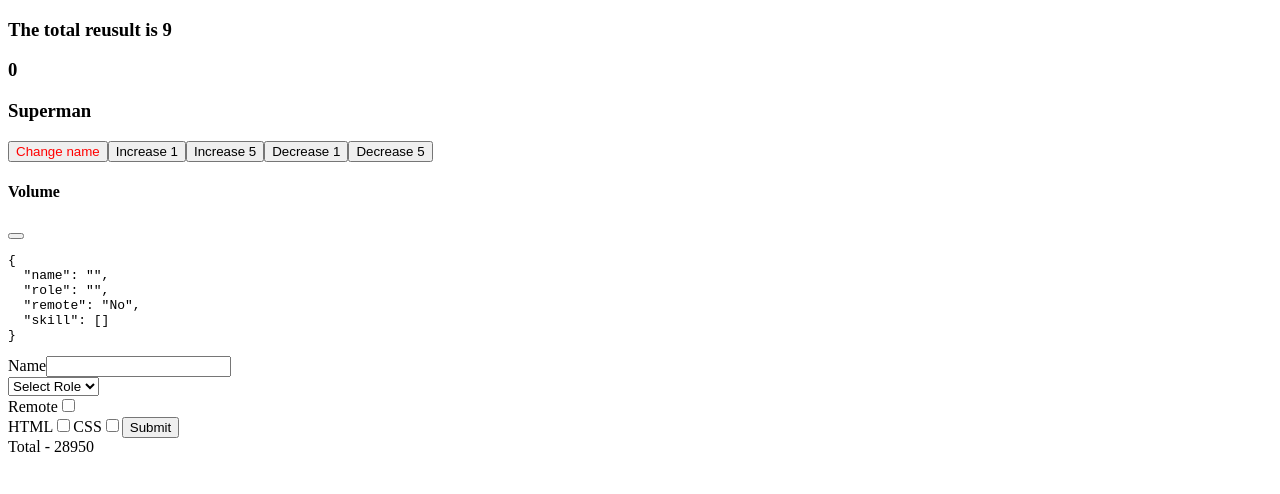
Repository: KZH2001/Vue_Practice
Page: / (app in Tutorial/)
These files come from the project's save history. The page is drawn as it stood at one moment and after the next save; the edit follows.
The browser window is 1280 px wide. The pictures show the whole page.
The project was rebuilt for these pictures with package versions that can differ from the ones it lists, and the page was loaded fresh each time. Also part of the build but not shown: Tutorial/vite.config.js.

Above is the page before, as saved 2026-01-20 22:39:56.

### Tutorial/src/App.vue


  <template>
  <h3>The total reusult is {{ add(2,3,4) }}</h3>
  <h3>{{ number  }}</h3>

  <h3 v-once>{{ name }}</h3>
  <button  v-bind:style="{color:color}" v-on:click="name = 'Batman'">Change name</button>
  <button @click="increaseNumber(1)">Increase 1</button>
  <button @click="increaseNumber(5)">Increase 5</button>
  <button @click="decreaseNumber(1)">Decrease 1</button>
  <button @click="decreaseNumber(5)">Decrease 5</button>


  <h4>Volume</h4>
  <button></button>

  <pre>{{ JSON.stringify(formValues, null, 2) }}</pre>


  <form action="" @submit="submitForm">
    <label for="name">Name</label>
    <input v-model="formValues.name" id="name" type="text">
    <br>

    <select name="" id="" v-model="formValues.role">
      <option value="">Select Role</option>
      <option value="Web">Web</option>
      <option value="Network">Network</option>
    </select>
    <br>

    <label for="">Remote</label>
    <input v-model="formValues.remote" type="checkbox" true-value ="Yes" false-value="No">
    <br>
    <label for="">HTML</label>
    <input v-model="formValues.skill" value="HTML" type="checkbox">

     <label for="">CSS</label>
    <input v-model="formValues.skill" value="CSS" type="checkbox">

    <button>Submit</button>
  </form>


  <!-- <di>Total - {{ items.reduce((total,curr)=> (total =  total + curr.price),0) }}</di> -->
   <div>Total - {{ items.reduce((total,curr) => (total += curr.price),0) }}</div>
  </template>

  <style scoped>

  </style>

  <script >
    export default{


      data(){
        return{
          name: 'Superman',
          color: 'red',
          number: 0,
          formValues: {
            name: '',
            role: '',
            remote: "No",
            skill: [],
          },
            items: [
              {
              id: 1,
              firstName: "Kyz",
              price: 300
              },
               {
              id: 2,
              firstName: "Rye",
              price: 1300
              },
               {
              id: 3,
              firstName: "Crt",
              price: 21030
              },
               {
              id: 4,
              firstName: "Cxz",
              price: 3120
              },
               {
              id: 5,
              firstName: "Yte",
              price: 3200
              },
            ]
        }
      },
      methods: {
      add(a,b,c){
        return a+b+c
      },

      increaseNumber(num){
        this.number += num
      },

      decreaseNumber(num){
        this.number -= num
      },

      submitForm(w){
        w.preventDefault();
        console.log("result", this.formValues)
      }

    }

  }

  </script>

Loaded but not shown: Tutorial/index.html (common file); Tutorial/src/main.js (common file)

After the next save:
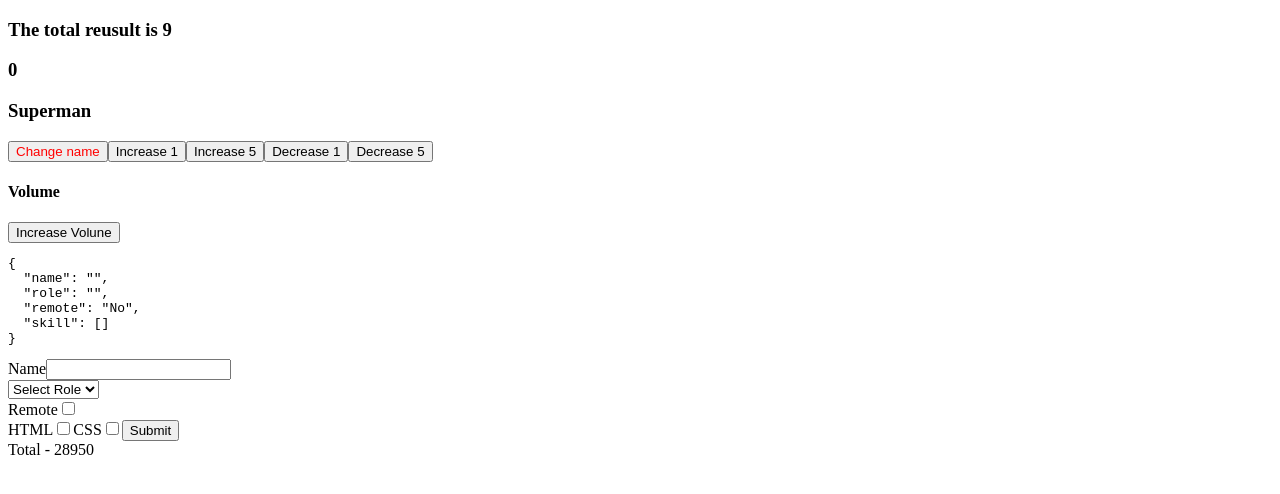
Saved 7 s later.
--- a/Tutorial/src/App.vue
+++ b/Tutorial/src/App.vue
@@ -13,7 +13,7 @@
 
 
   <h4>Volume</h4>
-  <button></button>
+  <button>Increase Volune</button>
 
   <pre>{{ JSON.stringify(formValues, null, 2) }}</pre>
 
